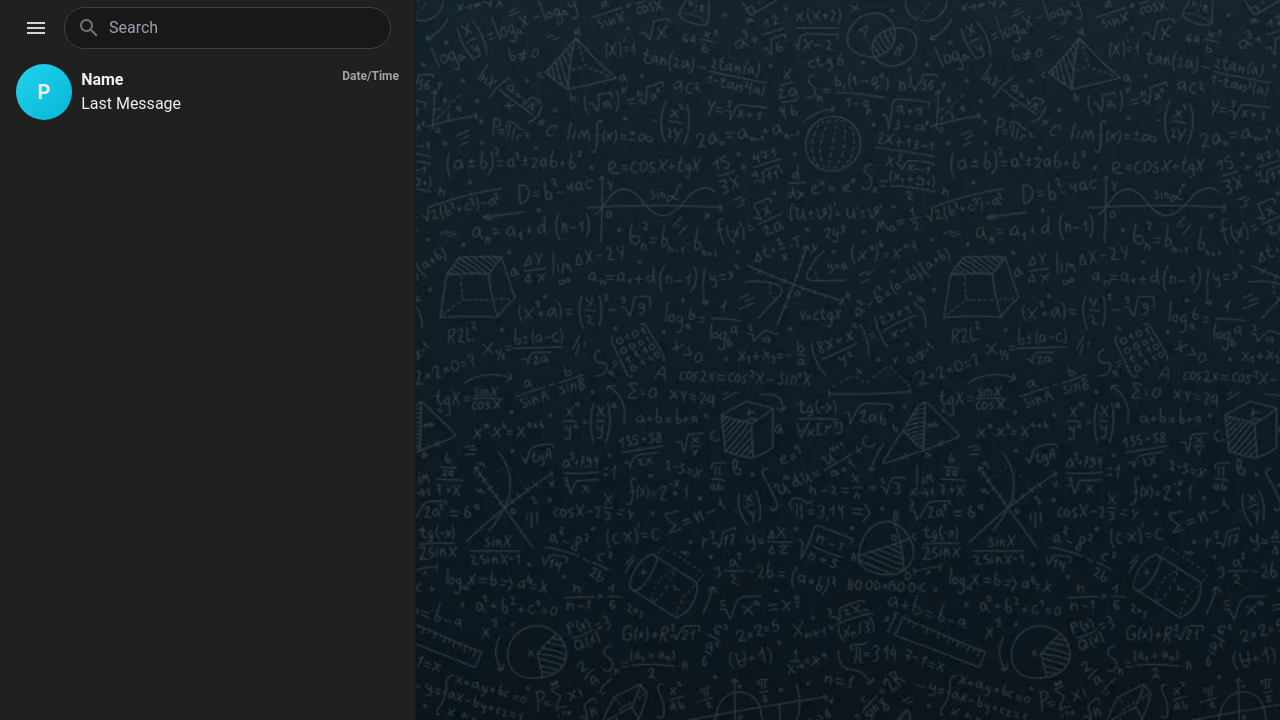
Repository: Qu4ntumGuy/telegram-clone
Page: /
An editor plug-in stored every save of this project. The page is shown before and after the next save, followed by the edit.
The browser window is 1280 px wide. The pictures show the whole page.
The page's requests for data from a server got no answer. The project was rebuilt for these pictures with package versions that can differ from the ones it lists, and the page was loaded fresh each time. No one was signed in, and anything a server would have sent is missing. Also part of the build but not shown: src/Components/Topbar.js, src/Pages/ChatPage.js/ChatPage.js.

Above is the page before, as saved 2024-07-15 14:30:27.

### src/index.css
@tailwind base;
@tailwind components;
@tailwind utilities;

:root {
  font-family: "Roboto", sans-serif;
  color-scheme: light;
  body {
    @apply bg-[#181818] text-[#f0f0f0];
  }
}
/*
:root {
  @apply bg-[#181818];
} */

### src/App.js
import { Routes, BrowserRouter, Route } from "react-router-dom";
import Sidebar from "./Components/Sidebar";
import Home from "./Pages/Home/Home";
import ChatPage from "./Pages/ChatPage.js/ChatPage";

function App() {
  return (
    <div className="flex max-w-[105rem] mx-auto">
      <Sidebar />
      <BrowserRouter>
        <Routes>
          <Route path="/" element={<Home />} />
          <Route path="/k/:id" element={<ChatPage />} />
        </Routes>
      </BrowserRouter>
      {/* <Home /> */}
    </div>
  );
}

export default App;

### src/Components/Sidebar.js
import React, { useEffect, useRef, useState } from "react";
import MenuIcon from "@mui/icons-material/Menu";
import SearchIcon from "@mui/icons-material/Search";
import axios from "axios";
import Chat from "./Chat";

function Sidebar() {
  const [page, setPage] = useState(1);
  const [channels, setChannels] = useState([]);
  const fetchChannels = async () => {
    try {
      const res = await axios.get(
        `https://devapi.beyondchats.com/api/get_all_chats?page=${page}`,
        {
          headers: {
            Accept: "application/json",
          },
        }
      );
      //   console.log(res);
      setChannels(res.data.data.data);
      console.log(res.data.data.data);
    } catch (error) {
      console.log(error);
    }
  };

  function formatString(str) {
    str = str.trim();
    const words = str.split(/\s+/);
    if (words.length === 1) {
      return words[0].charAt(0).toUpperCase();
    } else if (words.length === 2) {
      return (
        words[0].charAt(0).toUpperCase() + words[1].charAt(0).toUpperCase()
      );
    } else {
      return (
        words[0].charAt(0).toUpperCase() +
        words[words.length - 1].charAt(0).toUpperCase()
      );
    }
  }

  function chooseColor() {
    const colors = ["pink", "blue", "yellow", "cyan", "red", "green", "purple"];
    const randomIndex = Math.floor(Math.random() * colors.length);
    return colors[randomIndex];
  }

  //   // Example usage
  //   console.log(chooseColor()); // It will print a random color from the list

  useEffect(() => {
    fetchChannels();
  }, []);

  const ref = useRef();
  return (
    <div className="w-full md:max-w-[26rem] bg-[#202020] border-r border-[#181818] h-screen">
      <div className="flex items-center justify-start px-4 h-14 w-full">
        <div className="px-2 text-stone-300">
          <MenuIcon />
        </div>

        <div className="flex items-center justify-start border text-stone-500 w-full px-3 mx-2 border-stone-700 rounded-full p-2 bg-[#181818]">
          <div className="w-auto">
            <SearchIcon />
          </div>
          <form className="w-full text-white">
            <input
              className=" w-full bg-inherit pl-2 focus:outline-none"
              placeholder="Search"
            />
            <div className="w-full bg-inherit pl-2"></div>
          </form>
        </div>
      </div>
      <div className="overflow-y-auto px-2">
        <Chat />
      </div>
    </div>
  );
}

export default Sidebar;

### src/Pages/Home/Home.js
import React from "react";
import backgroundImage from "../../Assets/Desktop.webp";
import Topbar from "../../Components/Topbar";

function Home() {
  const image =
    "https://blog.1a23.com/wp-content/uploads/sites/2/2020/02/pattern_02-150x150.png";

  //   const divStyle = {
  //     width: "100%",
  //     height: "100vh", // Adjust the height as needed
  //     backgroundImage: `url(${backgroundImage})`,
  //     backgroundSize: "cover", // Ensures the image covers the entire div
  //     backgroundPosition: "center", // Centers the image
  //   };
  return (
    <div
      className="md:flex flex-col justify-center bg-cover h-screen hidden md:w-full "
      style={{ backgroundImage: `url(${backgroundImage})` }}
    >
      {/* <div className="top-0 mb-auto h-14 bg-[#202020] border-b border-[#181818]">
        <Topbar />
      </div>
      <div className="flex flex-col h-full">
        <div className="top-0">Chat Section</div>
        <div className="bottom-0 mt-auto">Input Section</div>
      </div> */}
    </div>
  );
}

export default Home;

### src/Components/Chat.js
import React from "react";

function Chat({ name, profile, color, time }) {
  return (
    <div className="flex w-full p-2 items-center cursor-pointer justify-between hover:bg-stone-700 hover:bg-opacity-30 rounded-lg">
      <div className="flex justify-center items-center text-xl font-semibold bg-gradient-to-br from-cyan-400 to-cyan-500 rounded-full w-14 h-14 ">
        {profile ? profile : "P"}
      </div>
      <div className="flex flex-col w-[83%]">
        <div className="flex">
          <div className="font-semibold ">Name</div>
          <div className="right-0 ml-auto text-xs text-stone-400 font-semibold">
            Date/Time
          </div>
        </div>
        <div>Last Message</div>
      </div>
    </div>
  );
}

export default Chat;

Loaded but not shown: public/index.html (common file); src/index.js (common file); src/reportWebVitals.js (common file); tailwind.config.js (common file)

After the next save:
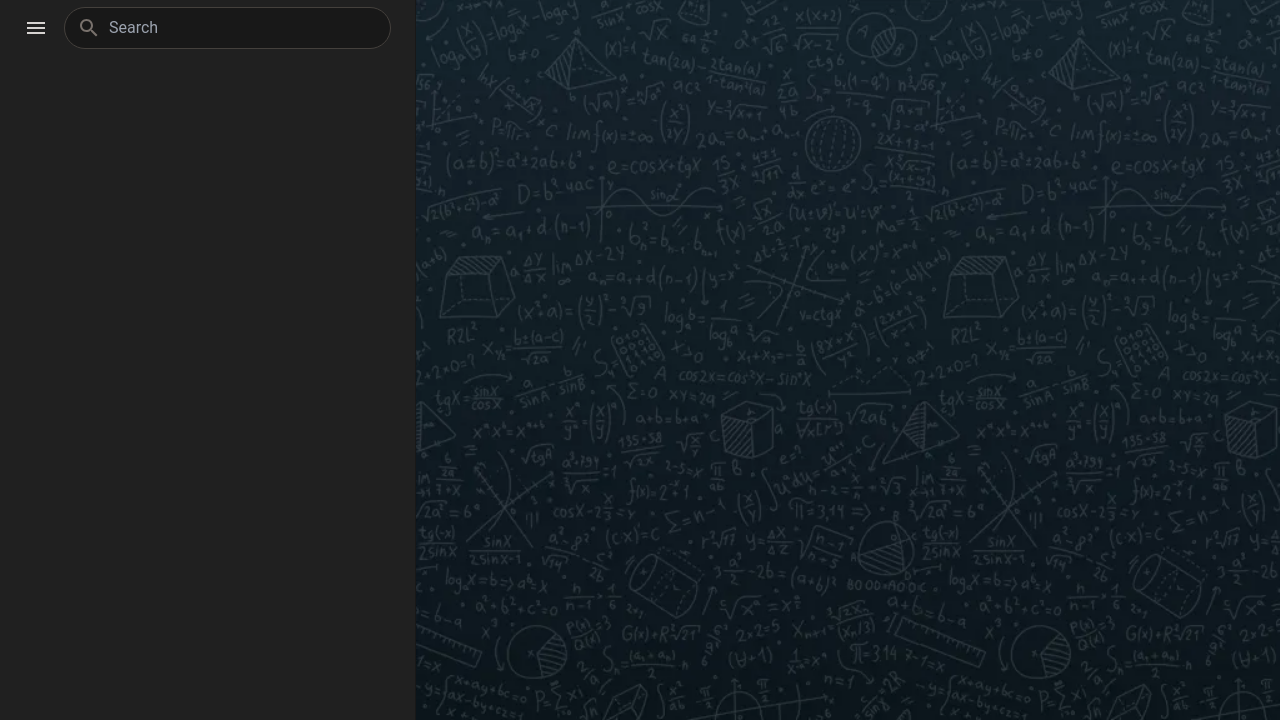
Saved 20 s later.
--- a/src/Components/Sidebar.js
+++ b/src/Components/Sidebar.js
@@ -77,7 +77,16 @@ function Sidebar() {
         </div>
       </div>
       <div className="overflow-y-auto px-2">
-        <Chat />
+        {channels.map((channel) => (
+          <Chat
+            key={channel.id}
+            name={channel.name}
+            profile={formatString(channel.name)}
+            color={chooseColor()}
+            time={channel.updated_at}
+          />
+        ))}
+        {/* <Chat /> */}
       </div>
     </div>
   );
